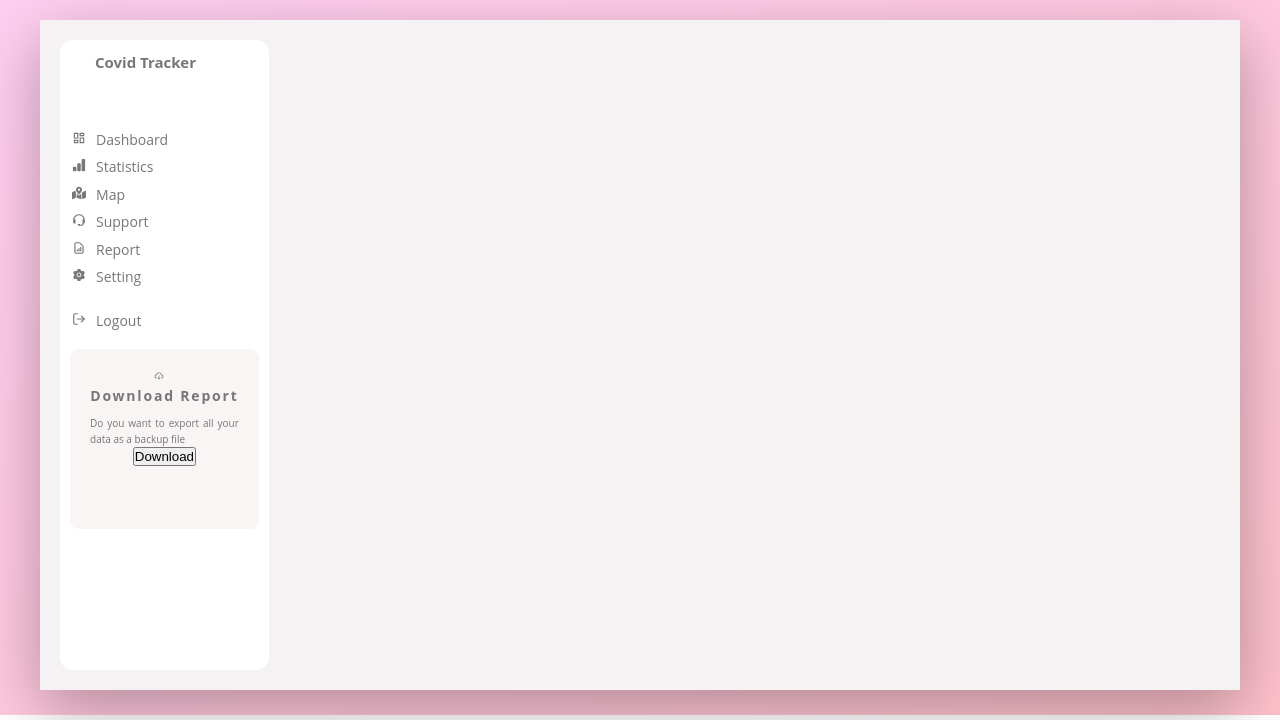
Repository: okidijimmy200/CovidAdminTracker
Page: /
The author's editor kept a copy of each file at every save. The page is drawn from the files as they stood at one save, then again after the next save.
The browser window is 1280 px wide. The pictures show the whole page.
The project was rebuilt for these pictures with package versions that can differ from the ones it lists, and the page was loaded fresh each time.

Above is the page before, as saved 2022-06-16 14:16:33.

After the next save:
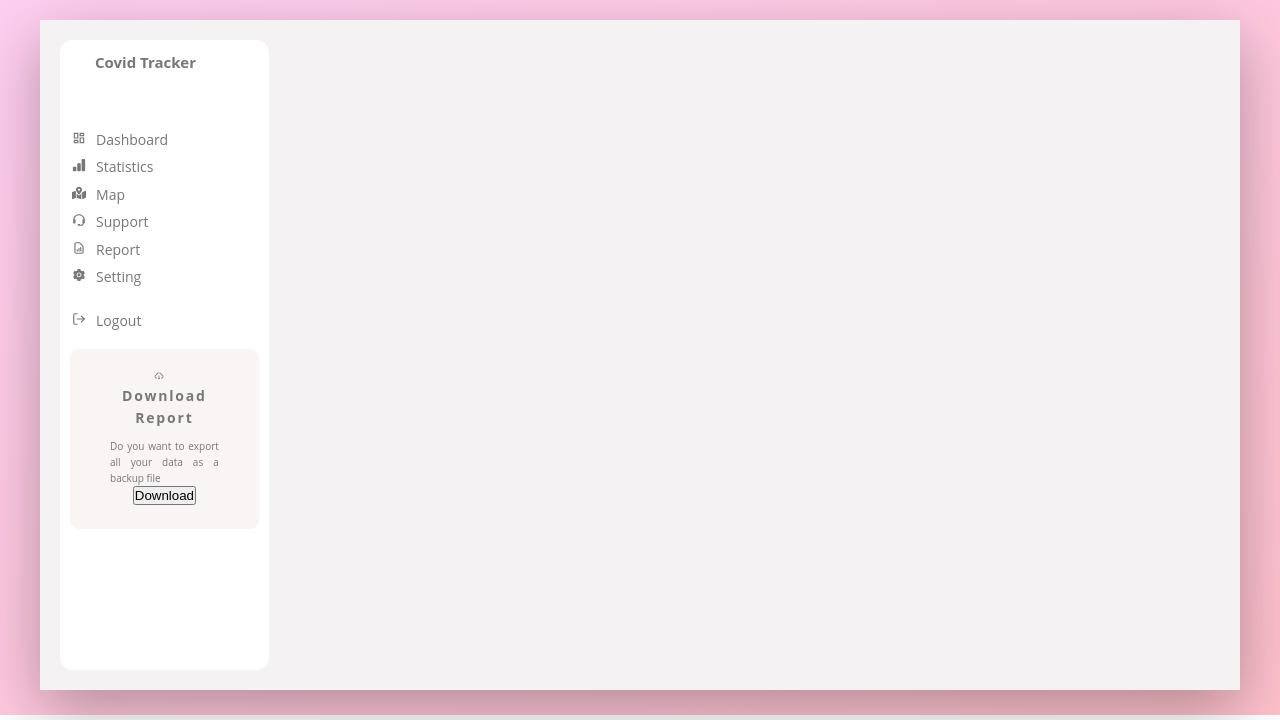
Saved 4 min 44 s later.
--- a/src/sidebar/sidebar.scss
+++ b/src/sidebar/sidebar.scss
@@ -85,7 +85,7 @@
 
     &__container {
         text-align: center;
-        margin: 2rem;
+        margin: 2rem 4rem;
     }
 }
 .title__download {
